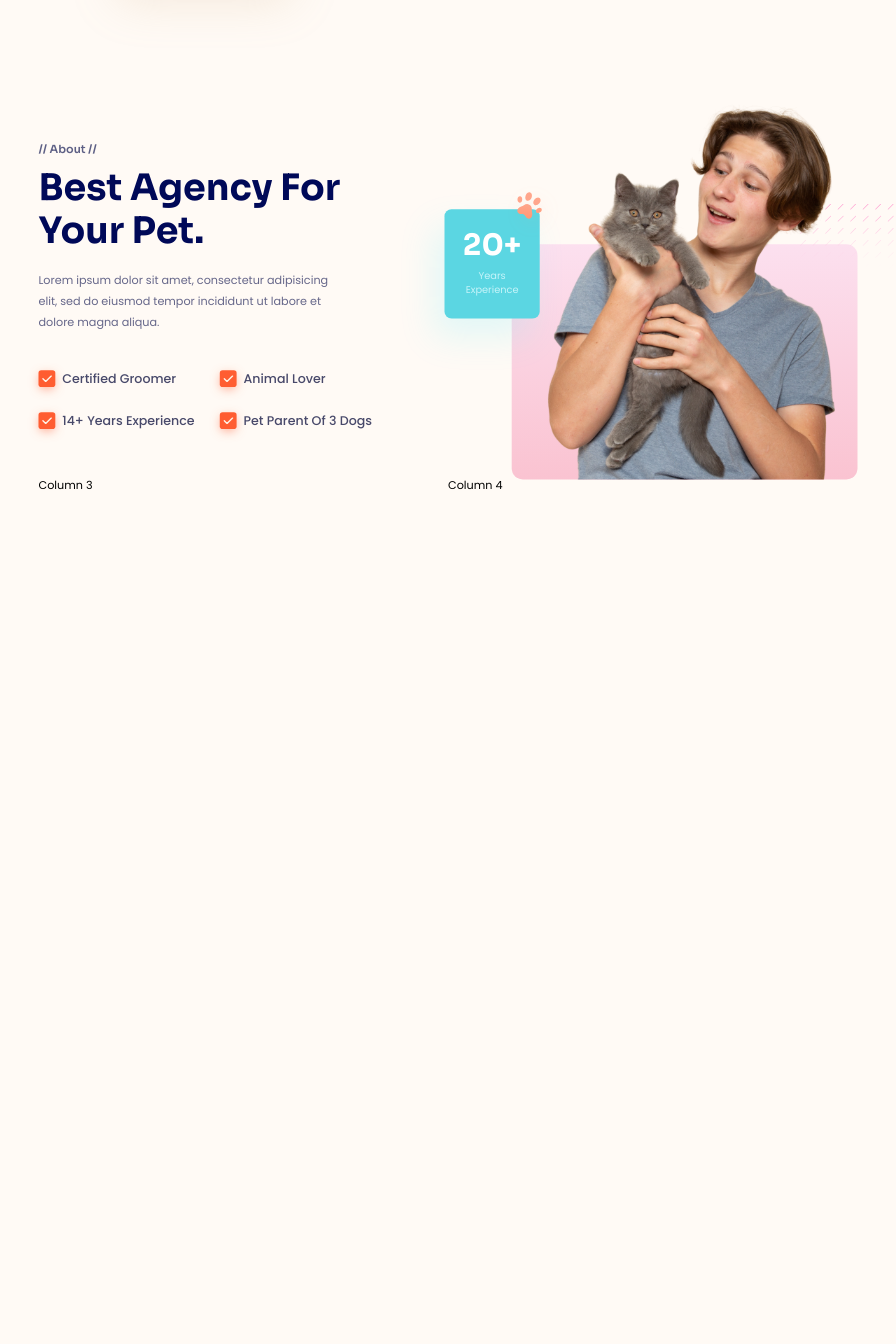
Repository: empty24062002/f8-project-05
Page: index.html
These files come from the project's save history. The page is drawn as it stood at one moment and after the next save; the edit follows.
The browser window is 1280 px wide. The pictures show the part of the page from y = 770 to 2690 px (the page is 10896 px tall), at 70% of full size.

Above is the page before, as saved 2023-09-11 10:33:53.

After the next save:
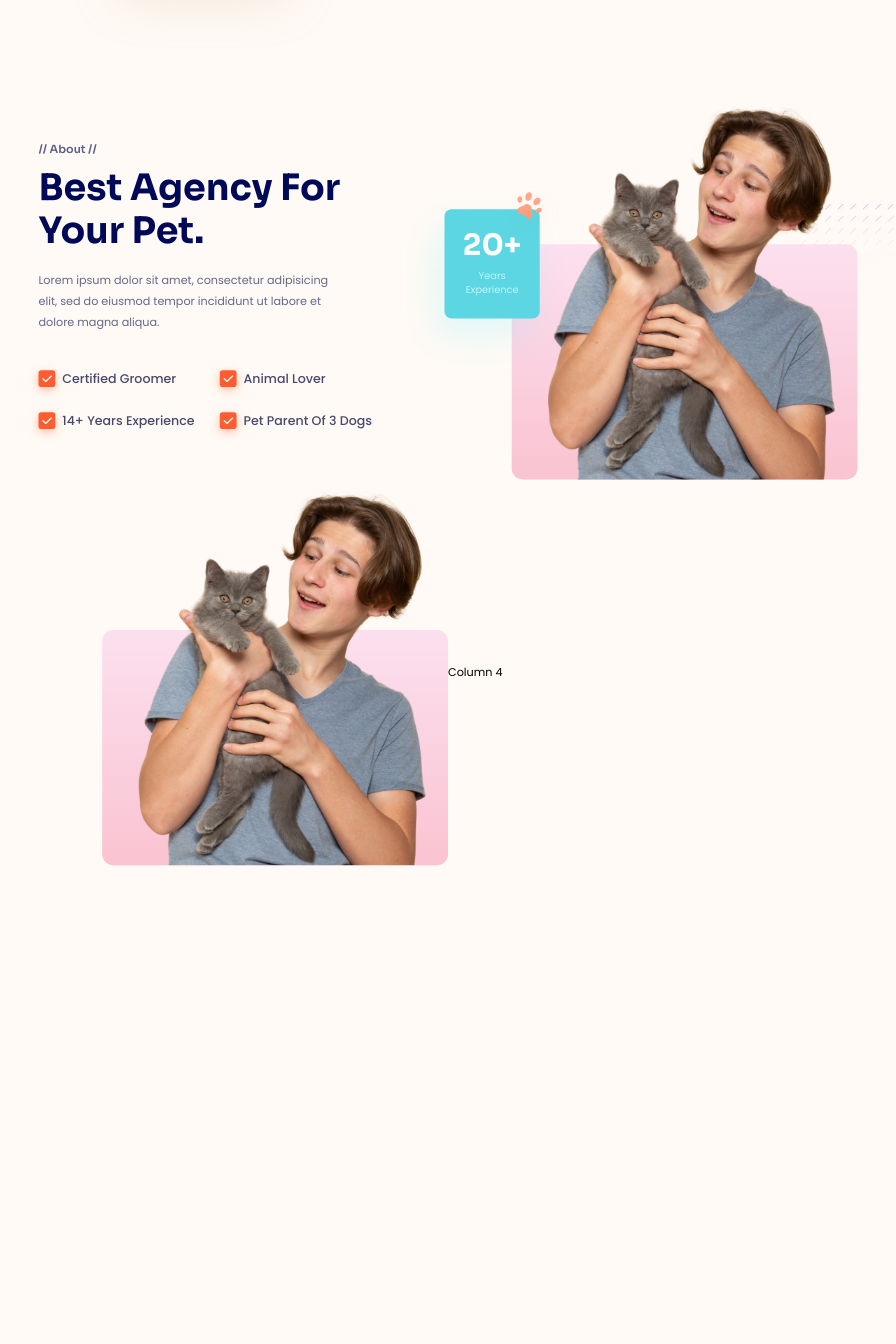
Saved 23 min 20 s later.
--- a/index.html
+++ b/index.html
@@ -305,7 +305,15 @@
                                 class="about__media-decor"
                             />
                         </div>
-                        <div class="about__media">Column 3</div>
+                        <div class="about__media">
+                            <figure class="about__img-wrap">
+                                <img
+                                    src="./assets/img/about-img1.png"
+                                    alt=""
+                                    class="about__img"
+                                />
+                            </figure>
+                        </div>
                         <section class="about__content">Column 4</section>
                     </div>
                 </div>
